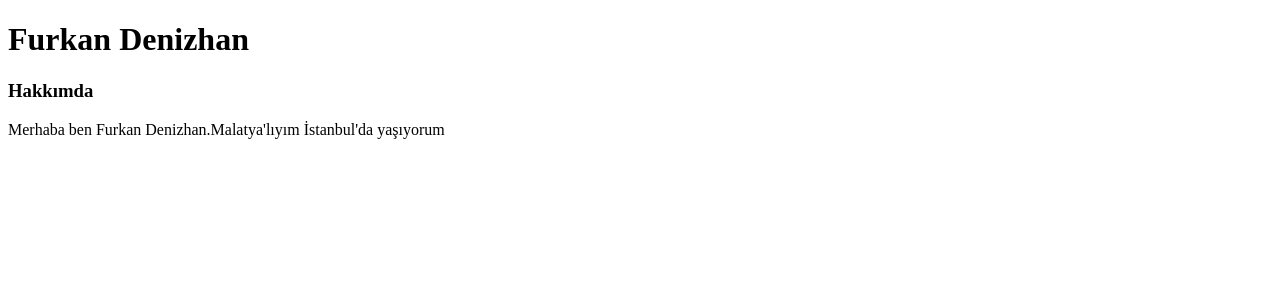
Repository: nevisende/homeworks
Page: 1-Html/index.html
The author's editor kept a copy of each file at every save. The page is drawn from the files as they stood at one save, then again after the next save.
The browser window is 1280 px wide. The pictures show the whole page.

Above is the page before, as saved 2021-08-08 12:07:11.

After the next save:
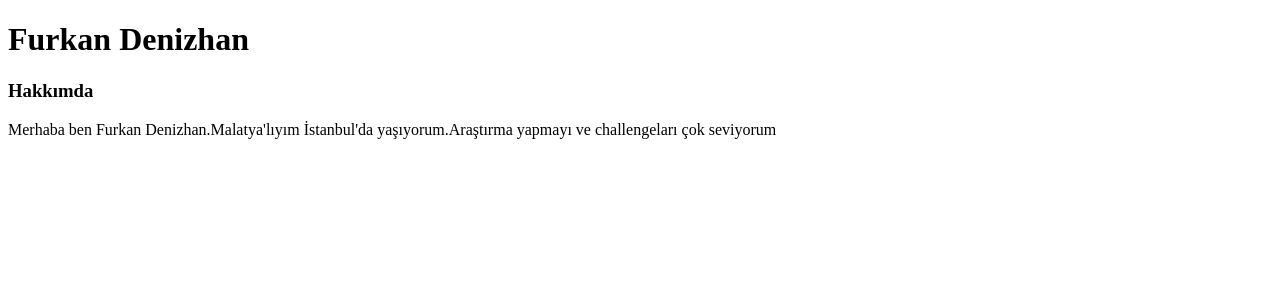
Saved 29 s later.
--- a/1-Html/index.html
+++ b/1-Html/index.html
@@ -9,6 +9,6 @@
 <body>
     <h1>Furkan Denizhan</h1>
     <h3>Hakkımda</h3>
-    <p>Merhaba ben Furkan Denizhan.Malatya'lıyım İstanbul'da yaşıyorum</p>
+    <p>Merhaba ben Furkan Denizhan.Malatya'lıyım İstanbul'da yaşıyorum.Araştırma yapmayı ve challengeları çok seviyorum</p>
 </body>
 </html>
